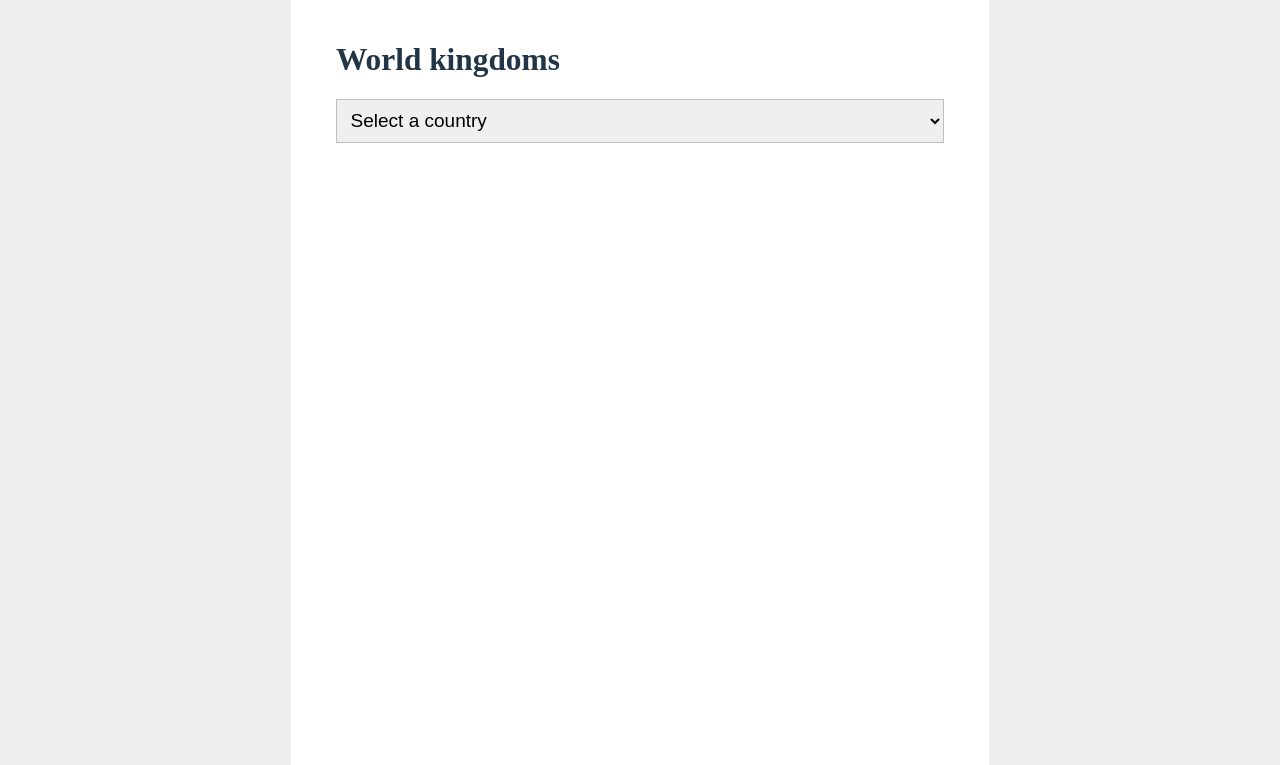
Repository: SamanthaYan298/my_world_kingdoms
Page: /
An editor plug-in stored every save of this project. The page is shown before and after the next save, followed by the edit.
The browser window is 1280 px wide. The pictures show the whole page.
The page's requests for data from a server got no answer. The project was rebuilt for these pictures with package versions that can differ from the ones it lists, and the page was loaded fresh each time. No one was signed in, and anything a server would have sent is missing. Also part of the build but not shown: vite.config.js.

Above is the page before, as saved 2024-11-20 18:35:25.

After the next save:
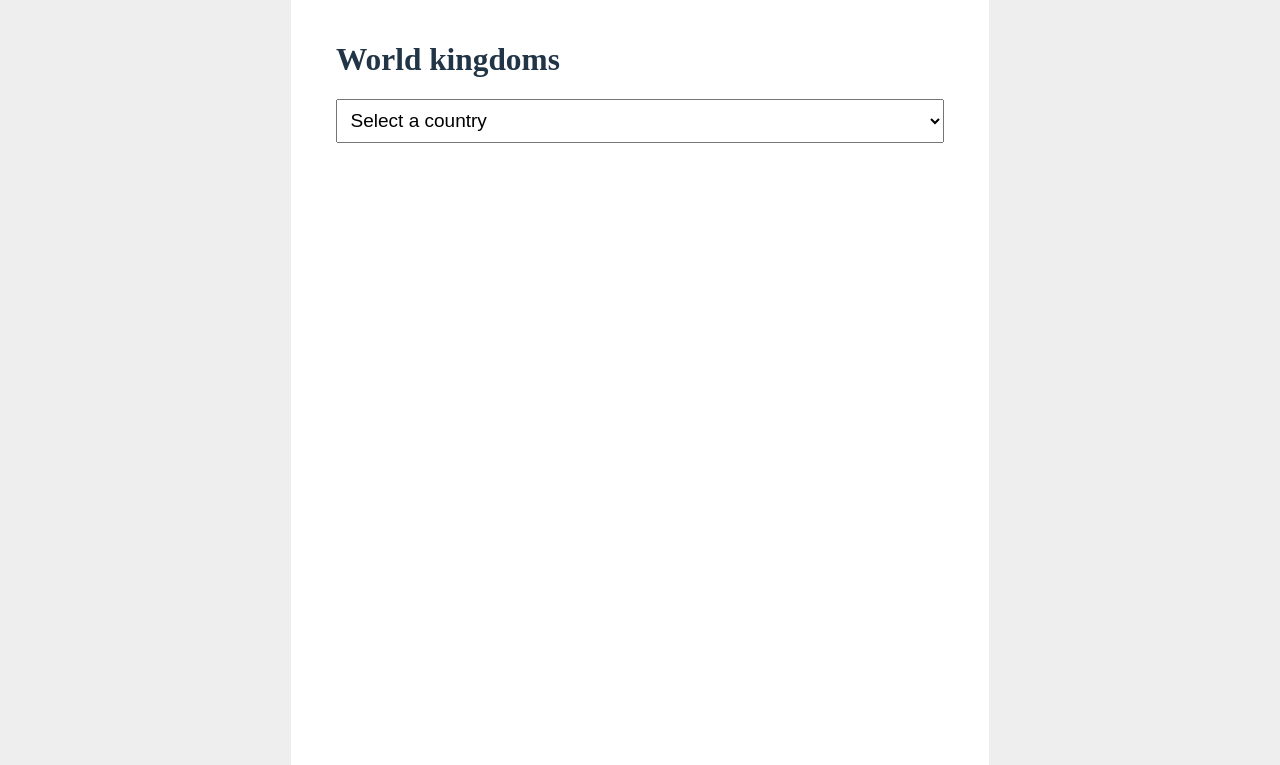
Saved 22 s later.
--- a/src/App.css
+++ b/src/App.css
@@ -45,5 +45,4 @@ select {
   padding: .5em;
   display: inline-block;
   width: 100%;
-  border-color: rgb(190, 190, 190);
 }
